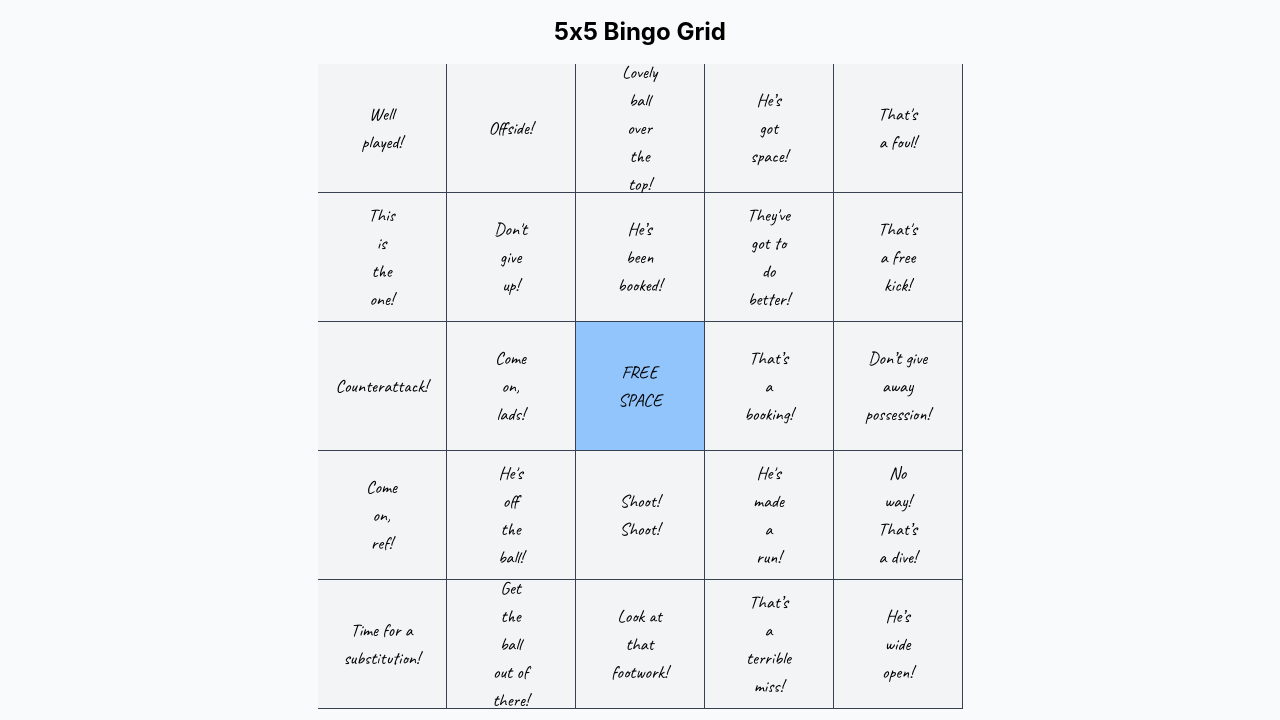
Repository: yassirbn/football-bingo
Page: /
An editor plug-in stored every save of this project. The page is shown before and after the next save, followed by the edit.
The browser window is 1280 px wide. The pictures show the whole page.
The project was rebuilt for these pictures with package versions that can differ from the ones it lists, and the page was loaded fresh each time.

Above is the page before, as saved 2024-11-27 12:28:05.

After the next save:
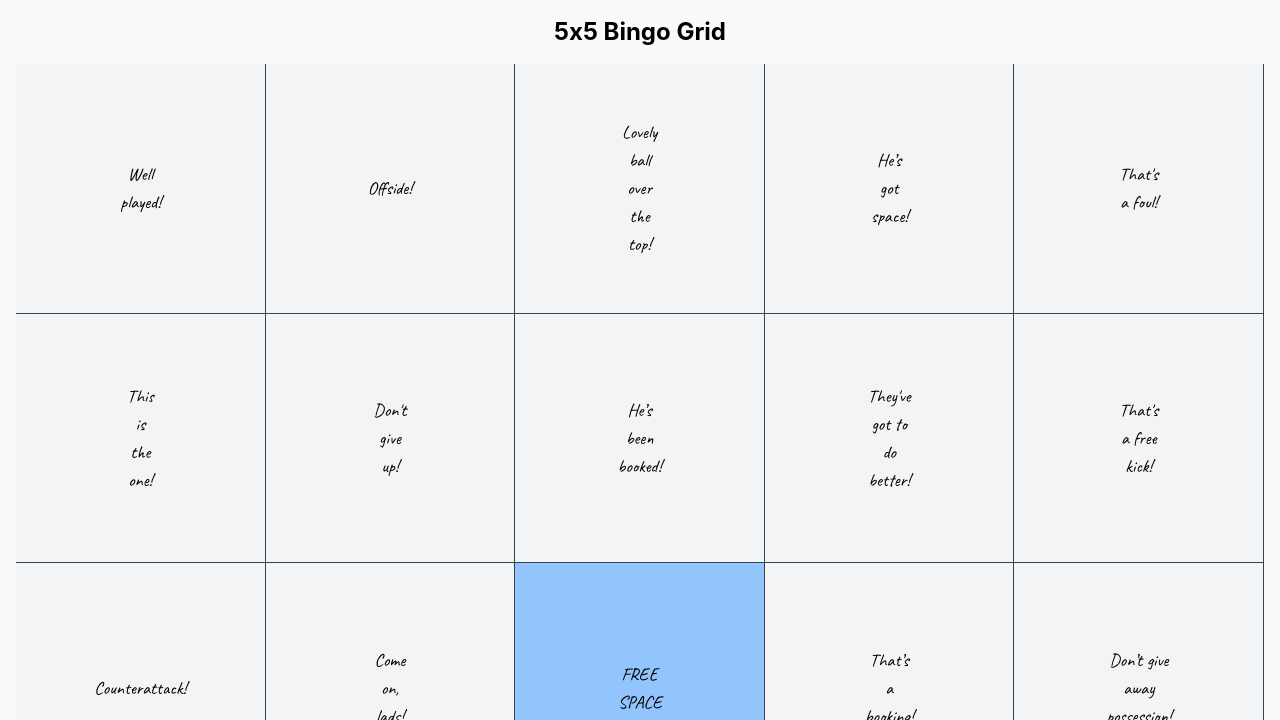
Saved 68 s later.
--- a/src/component/BingoGrid/BingoGrid.js
+++ b/src/component/BingoGrid/BingoGrid.js
@@ -60,7 +60,7 @@ const BingoGrid = ({ words }) => {
   };
 
   return (
-    <div className="p-4 relative h-screen overflow-hidden">
+    <div className="p-4 relative h-screen overflow-hidden w-screen">
       {/* Fireworks Animation */}
       {bingo && (
         <div className="absolute inset-0 z-20 flex justify-center items-center pointer-events-none">
